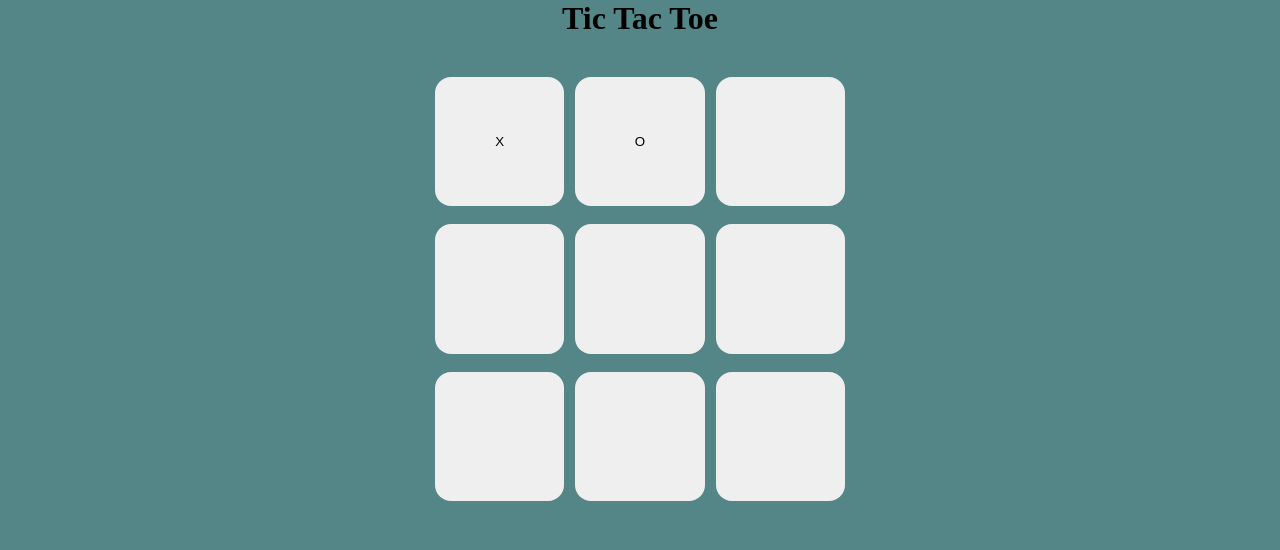
Repository: pankaj-shaw05/Tic-Tac-Toe
Page: index.html
These files come from the project's save history. The page is drawn as it stood at one moment and after the next save; the edit follows.
The browser window is 1280 px wide. The pictures show the whole page.

Above is the page before, as saved 2026-04-07 08:16:19.

### index.html
<!DOCTYPE html>
<html lang="en">
<head>
    <meta charset="UTF-8">
    <meta name="viewport" content="width=device-width, initial-scale=1.0">
    <title>Tic-Tac-Toe Game</title>
    <link rel="stylesheet" href="style.css"/>
</head>
<body>
    <main>
        <h1>Tic Tac Toe</h1>
        <div class="container">
        <div class="game">
            <button class="box">X</button>
            <button class="box">O</button>
            <button class="box"></button>
            <button class="box"></button>
            <button class="box"></button>
            <button class="box"></button>
            <button class="box"></button>
            <button class="box"></button>
            <button class="box"></button>
        </div>
        </div>
    </main>

</body>
</html>

### style.css
* {
    margin: 0;
    padding: 0;

}

body {
    background-color: #548687;
    text-align: center;
}

.container {
    height: 70vh;
    display: flex;
    justify-content: center;
    align-items: center;
}

.game {
    height: 60vmin;
    width: 60vmin;
    display: flex;
    flex-wrap: wrap;
    justify-content: center;
    align-items: center;
    gap: 1.5vmin;
}

.box {
    height: 18vmin;
    width: 18vmin;
    border-radius: 1rem;
    border: none;
}

After the next save:
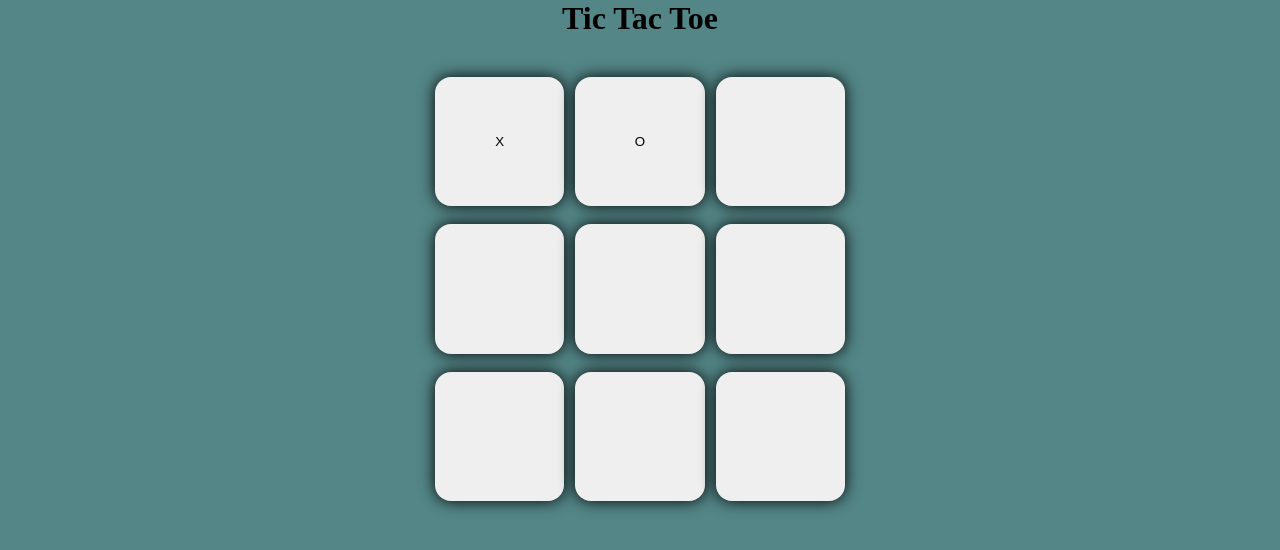
Saved 36 s later.
--- a/style.css
+++ b/style.css
@@ -31,4 +31,5 @@
     width: 18vmin;
     border-radius: 1rem;
     border: none;
+    box-shadow: 0 0 1rem;
 }
